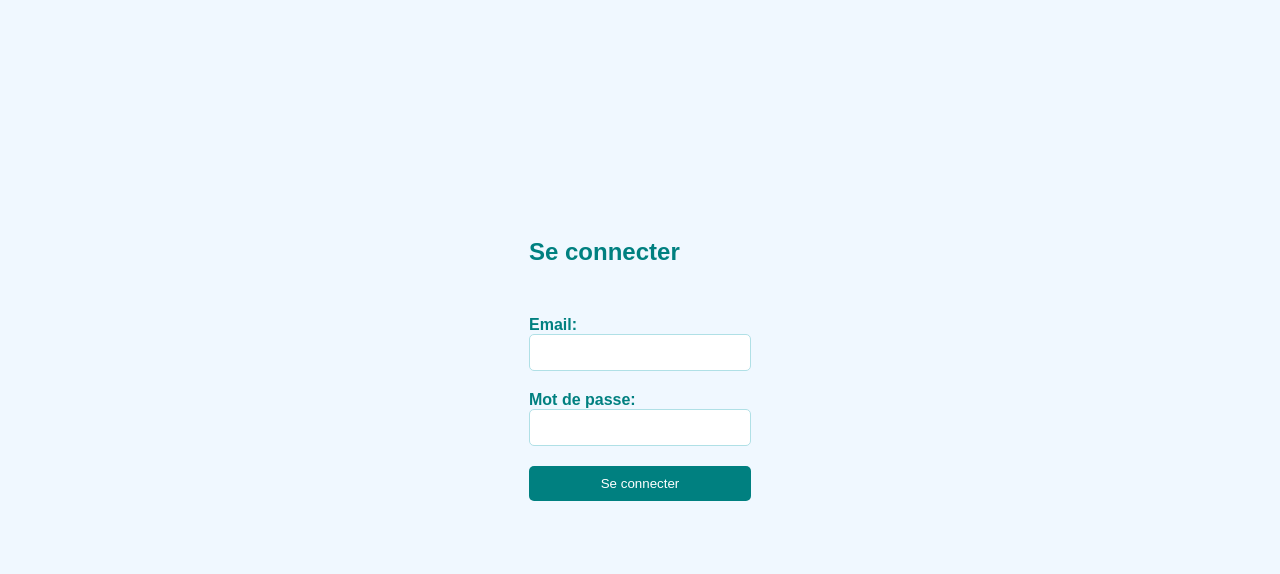
Repository: marwaouahouah1/OdysseyOfMemories
Page: /Login (app in frontend/)
The author's editor kept a copy of each file at every save. The page is drawn from the files as they stood at one save, then again after the next save.
The browser window is 1280 px wide. The pictures show the whole page.
The project was rebuilt for these pictures with package versions that can differ from the ones it lists, and the page was loaded fresh each time. Also part of the build but not shown: frontend/src/App.js, frontend/src/SignUp/SignUpUser.js, frontend/src/Profile/Profile.js.

Above is the page before, as saved 2023-04-01 17:53:34.

### frontend/src/index.js
import React from 'react';
import ReactDOM from 'react-dom/client';
import App from './App';
import reportWebVitals from './reportWebVitals';
import SignUpUser from './SignUp/SignUpUser';
import Login from './Connexion/Login';
import Profile from './Profile/Profile'
import { BrowserRouter, Routes, Route } from "react-router-dom";

const root = ReactDOM.createRoot(document.getElementById('root'));
root.render(
  <React.StrictMode>
    <BrowserRouter>
       <Routes>
        <Route path="/" element={<App/>} />
        <Route path="/SignUpUser" element={<SignUpUser/>}/>
        <Route path="/Login" element={<Login/>}/>
        <Route path="/Profile" element={<Profile/>}></Route>
      </Routes>
    </BrowserRouter>
  </React.StrictMode>
);

// If you want to start measuring performance in your app, pass a function
// to log results (for example: reportWebVitals(console.log))
// or send to an analytics endpoint. Learn more: https://bit.ly/CRA-vitals
reportWebVitals();

### frontend/src/Connexion/Login.js
import React, { useState } from 'react';
import axios from 'axios';
import "../SignUp/signupuser.css"

const Login = () => {
  const [email, setEmail] = useState('');
  const [password, setPassword] = useState('');

  const handleSubmit = async (e) => {
    e.preventDefault();
    try {
      const response = await axios.post("http://localhost:5000/login", {
        email,
        password,
      });

      if (response.data.message === "Connexion réussie") {
        // Stocker le token d'accès dans le local storage
        localStorage.setItem("access_token", response.data.access_token);

        // Stocker les informations de l'utilisateur connecté et gérer l'authentification de l'utilisateur
        console.log(response.data);

        // Rediriger vers la page de profil
        window.location.replace('/Profile');
      } else {
        console.error("Erreur lors de la connexion", response.data.message);
      }
    } catch (error) {
      console.error("Erreur lors de la connexion", error);
    }
  };

  const fetchProtectedData = async () => {
    try {
      const access_token = localStorage.getItem('access_token');
      const response = await axios.get('http://localhost:5000/protected', {
        headers: {
          'Authorization': `Bearer ${access_token}`
        }
      });
      console.log(response.data);
    } catch (error) {
      console.error('Erreur lors de la récupération des données protégées', error);
    }
  };


  return (
    <div className="login-container">
      <h2>Se connecter</h2>
      <form onSubmit={handleSubmit}>
        <div>
          <label htmlFor="email">Email:</label>
          <input
            type="email"
            id="email"
            value={email}
            onChange={(e) => setEmail(e.target.value)}
            required
          />
        </div>
        <div>
          <label htmlFor="password">Mot de passe:</label>
          <input
            type="password"
            id="password"
            value={password}
            onChange={(e) => setPassword(e.target.value)}
            required
          />
        </div>
        <button type="submit">Se connecter</button>
      </form>
    </div>
  );
};

export default Login;

### frontend/src/SignUp/signupuser.css
body {
    background-color: #f0f8ff;
    margin: 0;
    display: flex;
    justify-content: center;
    align-items: center;
    height: 100vh;
    font-family: Arial, sans-serif;
  }


.signup-container {
    width: 100%;
    max-width: 400px;
    background-color: #ffffff;
    padding: 30px;
    border-radius: 10px;
    box-shadow: 0 4px 6px rgba(0, 0, 0, 0.1);
  }


  h2 {
    color: #008080;
  }

  form {
    display: flex;
    flex-direction:column;
    margin-top: 50px;
    justify-content: center;
  }

  form span {
    margin-bottom: 20px;
    margin-left: 30px;
  }
  form input {
    width: 200px;
  }

  label {
    color: #008080;
    font-weight: bold;
    display: flex;
    align-items: center;
    justify-content: space-between;
  }

  input {
    padding: 10px;
    border: 1px solid #b0e0e6;
    border-radius: 5px;
    margin-bottom: 20px;
  }

  button {
    background-color: #008080;
    color: white;
    border: none;
    border-radius: 5px;
    padding: 10px;
    cursor: pointer;
    transition: all 0.3s ease-in-out;
  }

  button:hover {
    background-color: #006666;
  }


  /*Partie Login*/
  .login-container {

  }

Loaded but not shown: frontend/public/index.html (common file); frontend/src/reportWebVitals.js (common file); frontend/src/Profile/profile.css (no stored copy; drawn as an empty file)

After the next save:
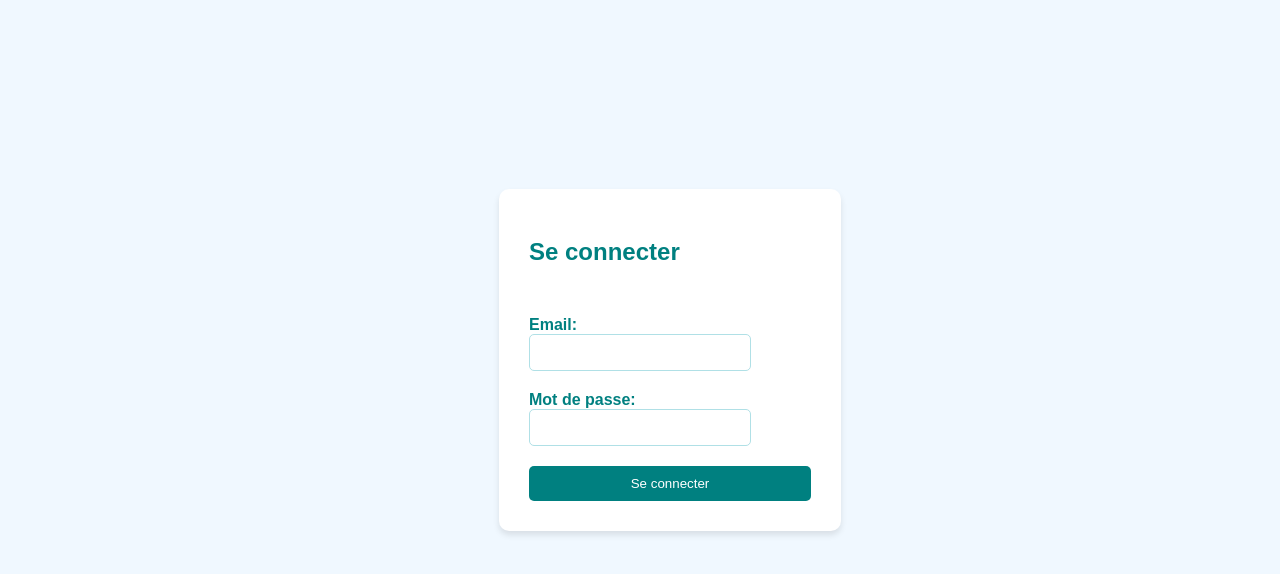
Saved 22 s later.
--- a/frontend/src/SignUp/signupuser.css
+++ b/frontend/src/SignUp/signupuser.css
@@ -70,5 +70,10 @@ body {
 
   /*Partie Login*/
   .login-container {
-
+    width: 100%;
+    max-width: 400px;
+    background-color: #ffffff;
+    padding: 30px;
+    border-radius: 10px;
+    box-shadow: 0 4px 6px rgba(0, 0, 0, 0.1);
   }
